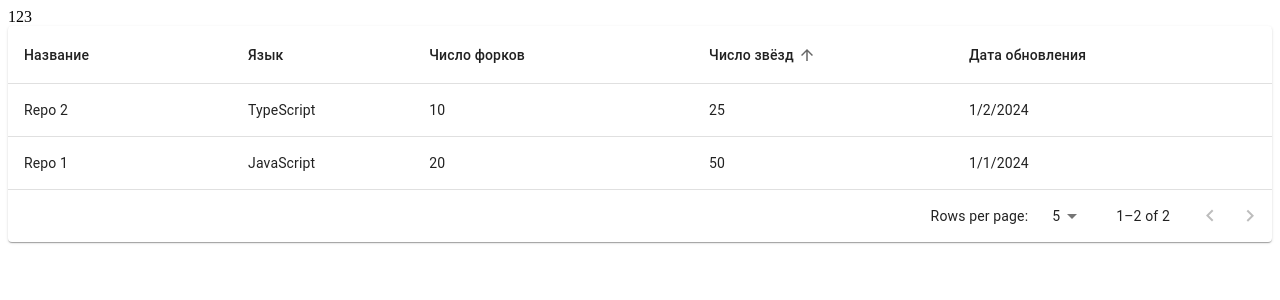
Repository: mnats725/github-repo-search
Page: /
These files come from the project's save history. The page is drawn as it stood at one moment and after the next save; the edit follows.
The browser window is 1280 px wide. The pictures show the whole page.
The page's requests for data from a server got no answer. The project was rebuilt for these pictures with package versions that can differ from the ones it lists, and the page was loaded fresh each time. No one was signed in, and anything a server would have sent is missing. Also part of the build but not shown: vite.config.ts.

Above is the page before, as saved 2024-08-07 23:46:11.

### src/main.tsx
import { StrictMode } from "react";
import { createRoot } from "react-dom/client";
import { Provider } from "react-redux";

import { store } from "@store/store";

import { App } from "./components/app";

createRoot(document.getElementById("root")!).render(
  <StrictMode>
    <Provider store={store}>
      <App />
    </Provider>
  </StrictMode>
);

### src/store/store.ts
import { configureStore } from "@reduxjs/toolkit";

import { repositoriesReducer } from "@features/repositories";

export const store = configureStore({
  reducer: {
    repositories: repositoriesReducer,
  },
});

export type RootState = ReturnType<typeof store.getState>;
export type AppDispatch = typeof store.dispatch;

### src/features/repositories/index.ts
export { repositoriesReducer } from "./repositories-slice";

### src/components/app/app.tsx
import { useEffect } from "react";
import { useDispatch, useSelector } from "react-redux";

import { RepositoryTable } from "@components/ui/repository-table/repository-table";

import { fetchRepositories } from "@features/repositories/repositories-slice";

import type { RootState, AppDispatch } from "@store/store";

export const App = () => {
  const dispatch = useDispatch<AppDispatch>();
  const repositories = useSelector((state: RootState) => state.repositories.repositories);
  const status = useSelector((state: RootState) => state.repositories.status);

  useEffect(() => {
    dispatch(fetchRepositories({}));
  }, [dispatch]);

  console.log(repositories, status);

  return (
    <div>
      <div>123</div>
      <RepositoryTable />
    </div>
  );
};

### src/features/repositories/repositories-slice.ts
import { createSlice, createAsyncThunk } from "@reduxjs/toolkit";

import { getPublicRepositories } from "@api/repositories-api/repositories";

import type { Repository, RepositoryQueryParams } from "@api/repositories-api/repositories/types";

export type RepositoriesState = {
  repositories: Repository[];
  status: "idle" | "loading" | "failed";
};

const initialState: RepositoriesState = {
  repositories: [],
  status: "idle",
};

export const fetchRepositories = createAsyncThunk(
  "repositories/fetchRepositories",
  async (params: RepositoryQueryParams) => {
    return getPublicRepositories(params);
  }
);

const repositoriesSlice = createSlice({
  name: "repositories",
  initialState,
  reducers: {},
  extraReducers: (builder) => {
    builder
      .addCase(fetchRepositories.pending, (state) => {
        state.status = "loading";
      })
      .addCase(fetchRepositories.fulfilled, (state, action) => {
        state.status = "idle";
        state.repositories = action.payload;
      })
      .addCase(fetchRepositories.rejected, (state) => {
        state.status = "failed";
      });
  },
});

export const repositoriesReducer = repositoriesSlice.reducer;

### src/components/ui/repository-table/repository-table.tsx
import React, { useState } from "react";

import { Table } from "@components/lib/table";

import type { Repository } from "@api/repositories-api/repositories/types";

import type { MouseEvent, ChangeEvent } from "react";

const mockData = [
  {
    id: 1,
    name: "Repo 1",
    language: "JavaScript",
    forks_count: 20,
    stargazers_count: 50,
    updated_at: "2024-01-01T12:00:00Z",
    description: "This is repository 1",
    license: { name: "MIT" },
  },
  {
    id: 2,
    name: "Repo 2",
    language: "TypeScript",
    forks_count: 10,
    stargazers_count: 25,
    updated_at: "2024-01-02T12:00:00Z",
    description: "This is repository 2",
    license: { name: "Apache 2.0" },
  },
  // Добавьте больше данных по необходимости
];

export const RepositoryTable = () => {
  const [order, setOrder] = useState<"asc" | "desc">("asc");
  const [orderBy, setOrderBy] = useState<keyof Repository>("stargazers_count");
  const [page, setPage] = useState(0);
  const [rowsPerPage, setRowsPerPage] = useState(5);
  const [selectedRow, setSelectedRow] = useState<number | null>(null);

  const handleRequestSort = (property: keyof Repository) => {
    const isAscending = orderBy === property && order === "asc";
    setOrder(isAscending ? "desc" : "asc");
    setOrderBy(property);
  };

  const handleChangePage = (event: MouseEvent<HTMLButtonElement> | null, newPage: number) => {
    setPage(newPage);
  };

  const handleChangeRowsPerPage = (event: ChangeEvent<HTMLInputElement>) => {
    setRowsPerPage(parseInt(event.target.value, 10));
    setPage(0);
  };

  const handleRowClick = (id: number) => {
    setSelectedRow(selectedRow === id ? null : id);
  };

  return (
    <Table
      rows={mockData}
      order={order}
      orderBy={orderBy}
      page={page}
      rowsPerPage={rowsPerPage}
      selectedRow={selectedRow}
      onRequestSort={handleRequestSort}
      onChangePage={handleChangePage}
      onChangeRowsPerPage={handleChangeRowsPerPage}
      onRowClick={handleRowClick}
    />
  );
};

### src/api/repositories-api/repositories/index.ts
import { repositoryClient } from "../repository-client";

import { REPOSITORIES_ROUTES } from "../routes";

import type { Repository, RepositoryQueryParams } from "./types";

export const getPublicRepositories = async (params?: RepositoryQueryParams): Promise<Repository[]> => {
  const { data } = await repositoryClient.get<Repository[]>(REPOSITORIES_ROUTES.repositories, { params });

  return data;
};

### src/api/repositories-api/repository-client.ts
import axios from "axios";

import { extractMessageOnErrorResponse } from "@api/interceptors/extract-message-on-error-response";

const BASE_URL = import.meta.env.VITE_GITHUB_API_BASE_URL;

export const repositoryClient = axios.create({
  baseURL: BASE_URL,
  headers: {
    "Content-Type": "application/json",
  },
});

repositoryClient.interceptors.response.use(
  (response) => response,
  (error) => extractMessageOnErrorResponse(error)
);

### src/api/repositories-api/routes.ts
export const REPOSITORIES_ROUTES = {
  repositories: "/repositories",
} as const;

### src/components/lib/table/table.tsx
import React from "react";
import {
  Table as MuiTable,
  TableBody,
  TableCell,
  TableContainer,
  TableHead,
  TableRow,
  TableSortLabel,
  TablePagination,
  Paper,
  Collapse,
  Box,
  Typography,
} from "@mui/material";
import { visuallyHidden } from "@mui/utils";

import type { MouseEvent, ChangeEvent } from "react";

type Repository = {
  id: number;
  name: string;
  language: string;
  forks_count: number;
  stargazers_count: number;
  updated_at: string;
  description: string;
  license: { name: string };
};

type TableProps = {
  rows: Repository[];
  order: "asc" | "desc";
  orderBy: keyof Repository;
  page: number;
  rowsPerPage: number;
  selectedRow: number | null;
  onRequestSort: (property: keyof Repository) => void;
  onChangePage: (event: MouseEvent<HTMLButtonElement> | null, newPage: number) => void;
  onChangeRowsPerPage: (event: ChangeEvent<HTMLInputElement>) => void;
  onRowClick: (id: number) => void;
};

export const Table: React.FC<TableProps> = ({
  rows,
  order,
  orderBy,
  page,
  rowsPerPage,
  selectedRow,
  onRequestSort,
  onChangePage,
  onChangeRowsPerPage,
  onRowClick,
}) => {
  const getComparator = (order: "asc" | "desc", orderBy: keyof Repository) => {
    return (a: Repository, b: Repository) => {
      if (typeof a[orderBy] === "string" && typeof b[orderBy] === "string") {
        return order === "asc" ? a[orderBy].localeCompare(b[orderBy]) : b[orderBy].localeCompare(a[orderBy]);
      }

      if (typeof a[orderBy] === "number" && typeof b[orderBy] === "number") {
        return order === "asc" ? a[orderBy] - b[orderBy] : b[orderBy] - a[orderBy];
      }

      if (orderBy === "updated_at") {
        const dateA = new Date(a[orderBy]).getTime();
        const dateB = new Date(b[orderBy]).getTime();
        return order === "asc" ? dateA - dateB : dateB - dateA;
      }

      return 0;
    };
  };

  const sortedRows = [...rows].sort(getComparator(order, orderBy));

  const paginatedRows = sortedRows.slice(page * rowsPerPage, page * rowsPerPage + rowsPerPage);

  return (
    <Paper>
      <TableContainer>
        <MuiTable>
          <TableHead>
            <TableRow>
              <TableCell>
                <TableSortLabel
                  active={orderBy === "name"}
                  direction={orderBy === "name" ? order : "asc"}
                  onClick={() => onRequestSort("name")}
                >
                  Название
                  {orderBy === "name" ? (
                    <Box component="span" sx={visuallyHidden}>
                      {order === "desc" ? "sorted descending" : "sorted ascending"}
                    </Box>
                  ) : null}
                </TableSortLabel>
              </TableCell>
              <TableCell>Язык</TableCell>
              <TableCell>
                <TableSortLabel
                  active={orderBy === "forks_count"}
                  direction={orderBy === "forks_count" ? order : "asc"}
                  onClick={() => onRequestSort("forks_count")}
                >
                  Число форков
                  {orderBy === "forks_count" ? (
                    <Box component="span" sx={visuallyHidden}>
                      {order === "desc" ? "sorted descending" : "sorted ascending"}
                    </Box>
                  ) : null}
                </TableSortLabel>
              </TableCell>
              <TableCell>
                <TableSortLabel
                  active={orderBy === "stargazers_count"}
                  direction={orderBy === "stargazers_count" ? order : "asc"}
                  onClick={() => onRequestSort("stargazers_count")}
                >
                  Число звёзд
                  {orderBy === "stargazers_count" ? (
                    <Box component="span" sx={visuallyHidden}>
                      {order === "desc" ? "sorted descending" : "sorted ascending"}
                    </Box>
                  ) : null}
                </TableSortLabel>
              </TableCell>
              <TableCell>
                <TableSortLabel
                  active={orderBy === "updated_at"}
                  direction={orderBy === "updated_at" ? order : "asc"}
                  onClick={() => onRequestSort("updated_at")}
                >
                  Дата обновления
                  {orderBy === "updated_at" ? (
                    <Box component="span" sx={visuallyHidden}>
                      {order === "desc" ? "sorted descending" : "sorted ascending"}
                    </Box>
                  ) : null}
                </TableSortLabel>
              </TableCell>
            </TableRow>
          </TableHead>
          <TableBody>
            {paginatedRows.map((row) => (
              <React.Fragment key={row.id}>
                <TableRow hover onClick={() => onRowClick(row.id)}>
                  <TableCell>{row.name}</TableCell>
                  <TableCell>{row.language}</TableCell>
                  <TableCell>{row.forks_count}</TableCell>
                  <TableCell>{row.stargazers_count}</TableCell>
                  <TableCell>{new Date(row.updated_at).toLocaleDateString()}</TableCell>
                </TableRow>
                {selectedRow === row.id && (
                  <TableRow>
                    <TableCell colSpan={5}>
                      <Collapse in={selectedRow === row.id}>
                        <Box padding={2}>
                          <Typography variant="h6">{row.name}</Typography>
                          <Typography>Description: {row.description}</Typography>
                          <Typography>License: {row.license.name}</Typography>
                        </Box>
                      </Collapse>
                    </TableCell>
                  </TableRow>
                )}
              </React.Fragment>
            ))}
          </TableBody>
        </MuiTable>
      </TableContainer>
      <TablePagination
        rowsPerPageOptions={[5, 10, 25]}
        component="div"
        count={rows.length}
        rowsPerPage={rowsPerPage}
        page={page}
        onPageChange={onChangePage}
        onRowsPerPageChange={onChangeRowsPerPage}
      />
    </Paper>
  );
};

### src/api/interceptors/extract-message-on-error-response.ts
import type { AxiosError } from "axios";

import type { ServiceError } from "../../types/service-error.type";

export const extractMessageOnErrorResponse = async (
  error: AxiosError<ServiceError>
): Promise<AxiosError<ServiceError>> => {
  const { response } = error;

  if (response) {
    const extractedMessage = response.data.message.split(":").at(-1)?.trim() || "";

    const errorWithExtractedMessage = {
      ...response.data,
      message: extractedMessage,
    };

    return Promise.reject(errorWithExtractedMessage);
  }

  return Promise.reject(error);
};

Loaded but not shown: index.html (common file); src/components/app/index.ts (common file); src/components/lib/table/index.ts (common file)

After the next save:
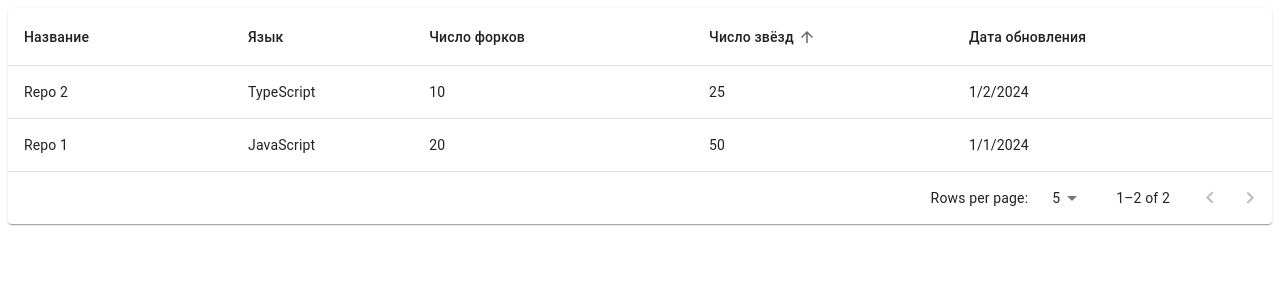
Saved 57 s later.
--- a/src/components/app/app.tsx
+++ b/src/components/app/app.tsx
@@ -20,7 +20,6 @@
 
   return (
     <div>
-      <div>123</div>
       <RepositoryTable />
     </div>
   );
